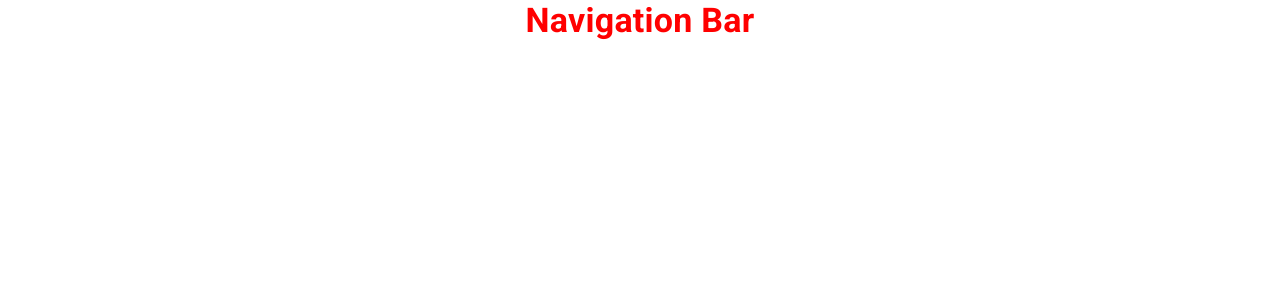
Repository: Sharif-00112/dogos-paradise-client
Page: /register
An editor plug-in stored every save of this project. The page is shown before and after the next save, followed by the edit.
The browser window is 1280 px wide. The pictures show the whole page.
The project was rebuilt for these pictures with package versions that can differ from the ones it lists, and the page was loaded fresh each time. Also part of the build but not shown: src/Pages/Home/Home/Home.js, src/Pages/Login/Login/Login.js, src/Pages/NotFound/NotFound.js, src/Pages/Home/Contact/Contact.js.

Above is the page before, as saved 2022-11-30 21:11:50.

After the next save:
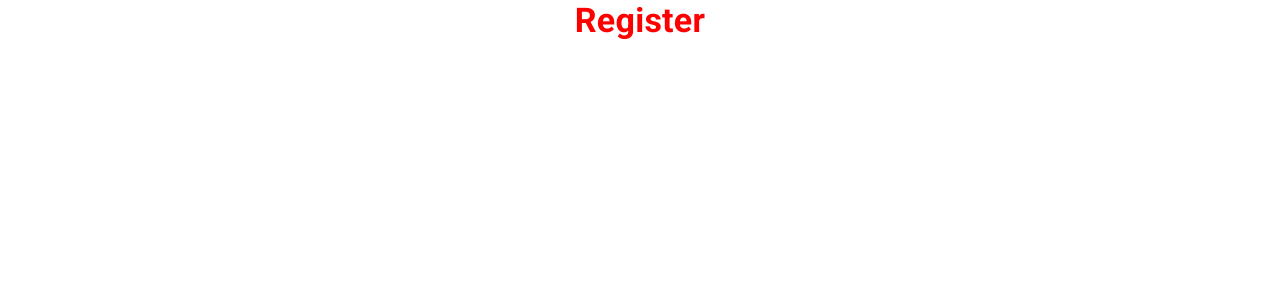
Saved 17 s later.
--- a/src/Pages/Login/Register/Register.js
+++ b/src/Pages/Login/Register/Register.js
@@ -5,7 +5,7 @@ const Register = () => {
     return (
         <div>
             <Typography sx={{ mx: 3, color: 'red', fontWeight: 600 }} variant="h4" component="div">
-                Navigation Bar
+                Register
             </Typography>
         </div>
     );
